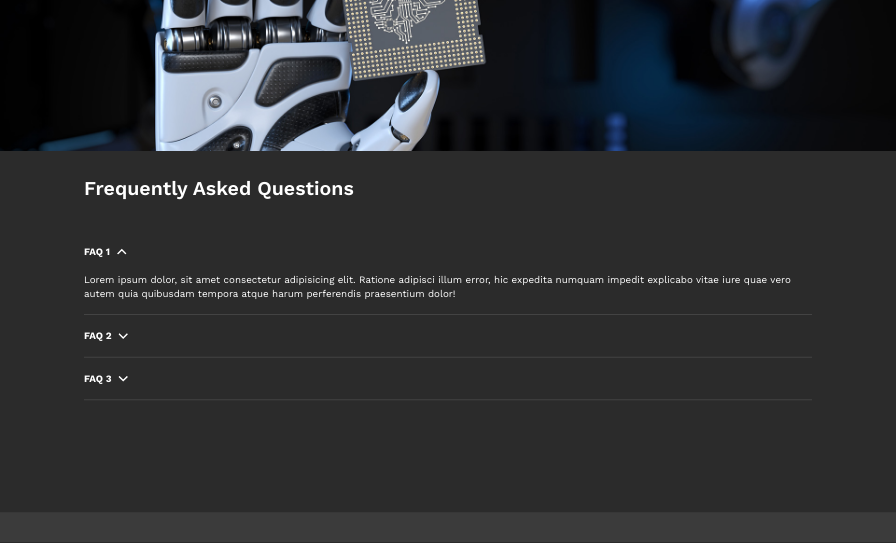
Repository: GettieSirma/JAVASCRIPT-TEST
Page: index.html
An editor plug-in stored every save of this project. The page is shown before and after the next save, followed by the edit.
The browser window is 1280 px wide. The pictures show the part of the page from y = 524 to 2444 px (the page is 1299 px tall before and 2885 px after), at 70% of full size.

Above is the page before, as saved 2024-04-24 12:41:15.

After the next save:
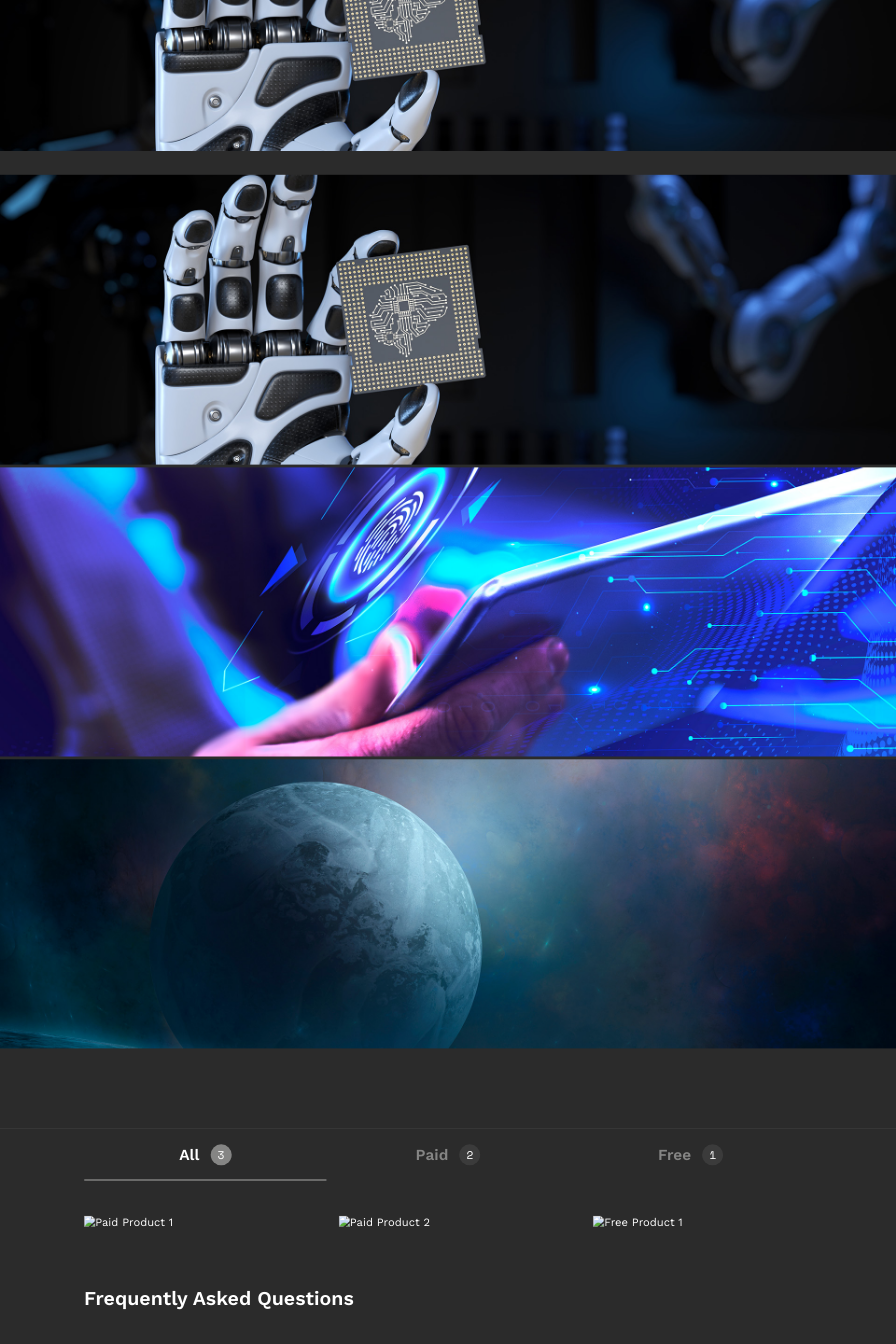
Not found: assets/background.jpg
Not found: assets/products/free1.jpg
Not found: assets/products/paid1.jpg
Saved 5 s later.
--- a/index.html
+++ b/index.html
@@ -148,6 +148,42 @@
             <div class="thumbnails">
 
             </div>
+            <section id="gallery" class="gallery-section" style="background-image: url('./assets/background.jpg');">
+                <img src="assets/gallery/image1.jpg" alt="Gallery Image 1" />
+                <img src="assets/gallery/image2.jpg" alt="Gallery Image 2" />
+                <img src="assets/gallery/image3.jpg" alt="Gallery Image 3" />
+                <div class="thumbnails">
+                    <!-- Thumbnails will go here -->
+                </div>
+            </section>
+
+            <section id="products" class="container products-section" style="background-image: url('./assets/background.jpg');">
+                <div class="products-filter">
+                    <input type="radio" checked="true" id="all" name="products" />
+                    <label for="all">
+                      All
+                      <span class="product-amount">3</span>
+                  </label>
+                    <input type="radio" id="paid" name="products" />
+                    <label for="paid">
+                      Paid
+                      <span class="product-amount">2</span>
+                  </label>
+                    <input type="radio" id="free" name="products" />
+                    <label for="free">
+                      Free
+                      <span class="product-amount">1</span>
+                  </label>
+
+                    <span class="glider"></span>
+                </div>
+
+                <div class="products-area">
+                    <img src="assets/products/paid1.jpg" alt="Paid Product 1" />
+                    <img src="assets/products/paid2.jpg" alt="Paid Product 2" />
+                    <img src="assets/products/free1.jpg" alt="Free Product 1" />
+                </div>
+            </section>
 
 
             <section id="faqs" class="container faqs-section">

After the save that followed:
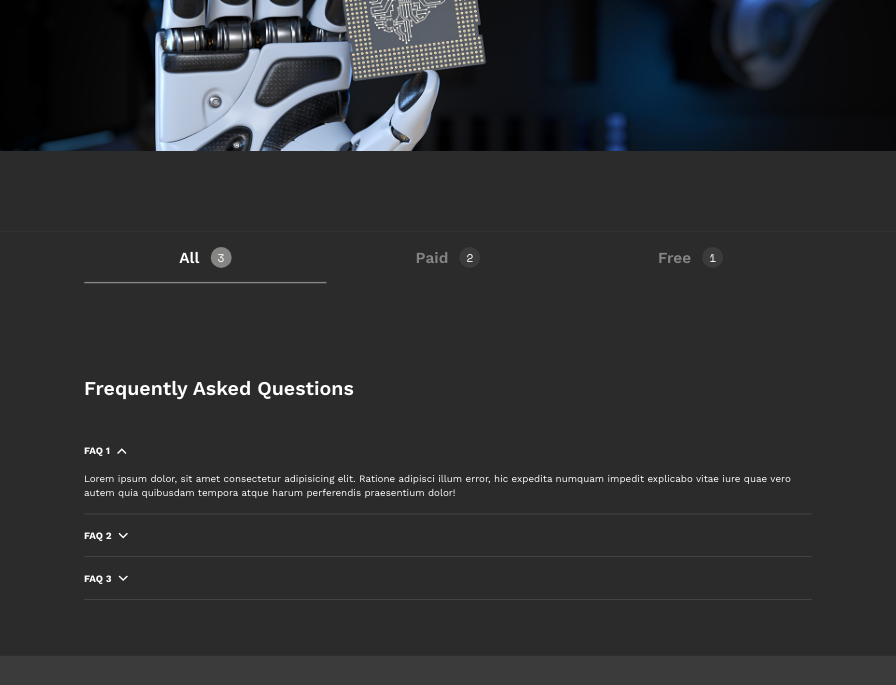
Saved 18 s later.
--- a/index.html
+++ b/index.html
@@ -148,71 +148,63 @@
             <div class="thumbnails">
 
             </div>
-            <section id="gallery" class="gallery-section" style="background-image: url('./assets/background.jpg');">
-                <img src="assets/gallery/image1.jpg" alt="Gallery Image 1" />
-                <img src="assets/gallery/image2.jpg" alt="Gallery Image 2" />
-                <img src="assets/gallery/image3.jpg" alt="Gallery Image 3" />
-                <div class="thumbnails">
-                    <!-- Thumbnails will go here -->
-                </div>
-            </section>
-
-            <section id="products" class="container products-section" style="background-image: url('./assets/background.jpg');">
-                <div class="products-filter">
-                    <input type="radio" checked="true" id="all" name="products" />
-                    <label for="all">
-                      All
-                      <span class="product-amount">3</span>
-                  </label>
-                    <input type="radio" id="paid" name="products" />
-                    <label for="paid">
-                      Paid
-                      <span class="product-amount">2</span>
-                  </label>
-                    <input type="radio" id="free" name="products" />
-                    <label for="free">
-                      Free
-                      <span class="product-amount">1</span>
-                  </label>
-
-                    <span class="glider"></span>
-                </div>
-
-                <div class="products-area">
-                    <img src="assets/products/paid1.jpg" alt="Paid Product 1" />
-                    <img src="assets/products/paid2.jpg" alt="Paid Product 2" />
-                    <img src="assets/products/free1.jpg" alt="Free Product 1" />
-                </div>
-            </section>
-
-
-            <section id="faqs" class="container faqs-section">
-                <h3>Frequently Asked Questions</h3>
-
-                <details open>
-                    <summary>FAQ 1</summary>
-
-                    <p>
-                        Lorem ipsum dolor, sit amet consectetur adipisicing elit. Ratione adipisci illum error, hic expedita numquam impedit explicabo vitae iure quae vero autem quia quibusdam tempora atque harum perferendis praesentium dolor!
-                    </p>
-                </details>
-
-                <details>
-                    <summary>FAQ 2</summary>
-
-                    <p>
-                        Consequuntur earum pariatur dolorem repellat temporibus ducimus sunt suscipit repudiandae cupiditate in accusantium recusandae tempora sint eligendi, perferendis aspernatur architecto voluptas laborum adipisci neque voluptates consequatur.
-                    </p>
-                </details>
-
-                <details>
-                    <summary>FAQ 3</summary>
-
-                    <p>
-                        Consequuntur earum pariatur dolorem repellat temporibus ducimus sunt suscipit repudiandae cupiditate in accusantium recusandae tempora sint eligendi, perferendis aspernatur architecto voluptas laborum adipisci neque voluptates consequatur.
-                    </p>
-                </details>
-            </section>
+        </section>
+
+        <section id="products" class="container products-section">
+            <div class="products-filter">
+                <input type="radio" checked="true" id="all" name="products" />
+                <label for="all">
+            All
+            <span class="product-amount">3</span>
+          </label>
+                <input type="radio" id="paid" name="products" />
+                <label for="paid">
+
+            Paid
+            <span class="product-amount">2</span>
+          </label>
+                <input type="radio" id="free" name="products" />
+                <label for="free">
+            Free
+            <span class="product-amount">1</span>
+          </label>
+
+                <span class="glider"></span>
+            </div>
+
+            <div class="products-area">
+
+            </div>
+
+        </section>
+
+        <section id="faqs" class="container faqs-section">
+            <h3>Frequently Asked Questions</h3>
+
+            <details open>
+                <summary>FAQ 1</summary>
+
+                <p>
+                    Lorem ipsum dolor, sit amet consectetur adipisicing elit. Ratione adipisci illum error, hic expedita numquam impedit explicabo vitae iure quae vero autem quia quibusdam tempora atque harum perferendis praesentium dolor!
+                </p>
+            </details>
+
+            <details>
+                <summary>FAQ 2</summary>
+
+                <p>
+                    Consequuntur earum pariatur dolorem repellat temporibus ducimus sunt suscipit repudiandae cupiditate in accusantium recusandae tempora sint eligendi, perferendis aspernatur architecto voluptas laborum adipisci neque voluptates consequatur.
+                </p>
+            </details>
+
+            <details>
+                <summary>FAQ 3</summary>
+
+                <p>
+                    Consequuntur earum pariatur dolorem repellat temporibus ducimus sunt suscipit repudiandae cupiditate in accusantium recusandae tempora sint eligendi, perferendis aspernatur architecto voluptas laborum adipisci neque voluptates consequatur.
+                </p>
+            </details>
+        </section>
     </main>
 
     <footer></footer>
